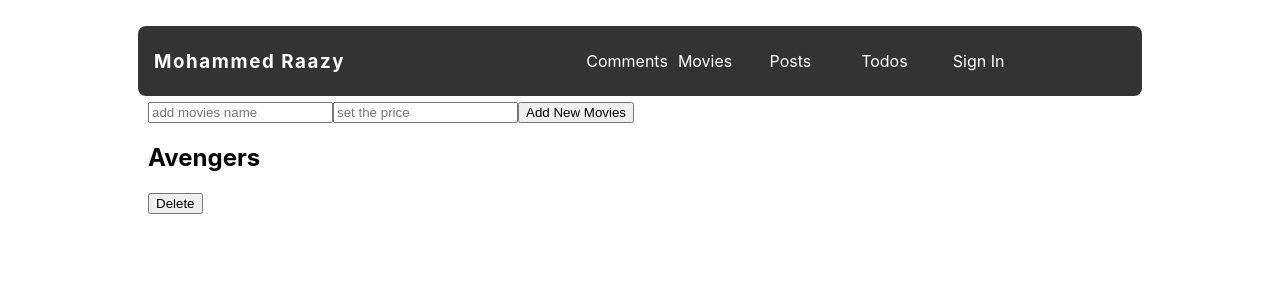
Repository: raazymuhd1/learn-nextjs
Page: /movies
The author's editor kept a copy of each file at every save. The page is drawn from the files as they stood at one save, then again after the next save.
The browser window is 1280 px wide. The pictures show the whole page.
The page's requests for data from a server got no answer. The project was rebuilt for these pictures with package versions that can differ from the ones it lists, and the page was loaded fresh each time. The framework's server and built-in components were replaced by stand-ins that run in the browser. No one was signed in, and anything a server would have sent is missing.

Above is the page before, as saved 2021-09-02 19:22:33.

After the next save:
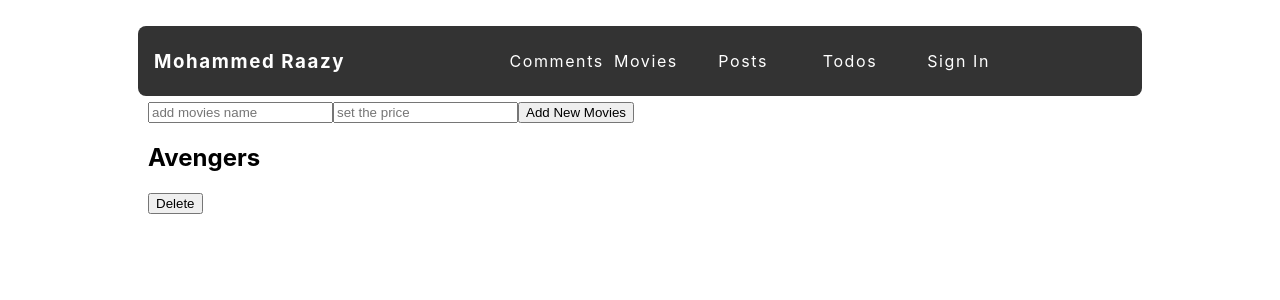
Saved 74 s later.
--- a/components/Navbar/styles.js
+++ b/components/Navbar/styles.js
@@ -8,6 +8,7 @@ export const Nav = styled.nav`
     background: #333;
     color: #fff;
     border-radius: 8px;
+    letter-spacing: 0.1rem;
 `
 
 export const HeadingThree = styled.h3`
